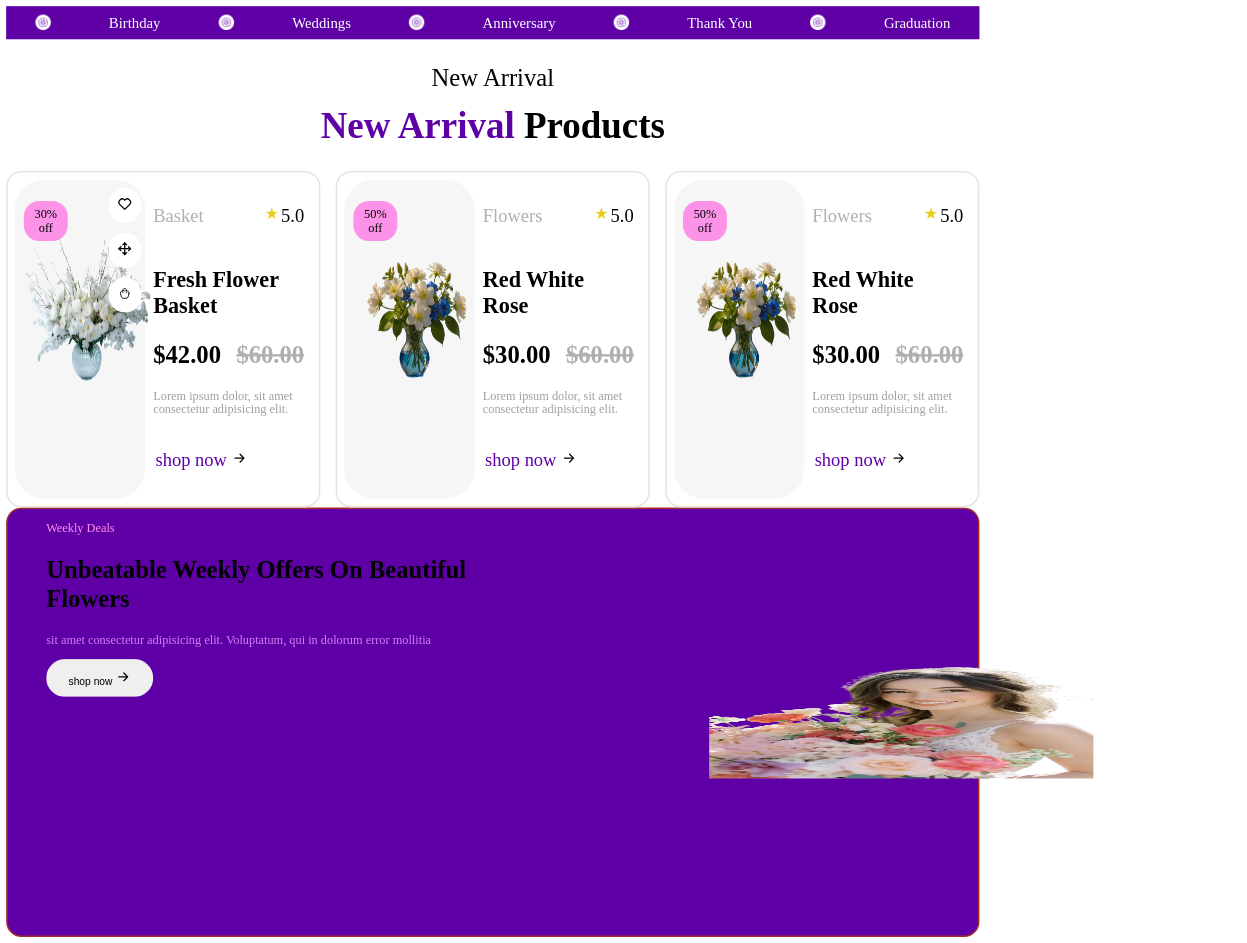
Repository: KolawoleTemilade/classroom-learning
Page: newarrival/index.html
An editor plug-in stored every save of this project. The page is shown before and after a run of saves, followed by the edit.
The browser window is 1280 px wide. The page is 1620 px wide, then 1496 px, so the pictures cover 1620 px, including what lies to the right of the window. The pictures show the whole page, at 77% of full size.

Above is the page before, as saved 2025-10-02 11:22:10.

### newarrival/index.html
<!DOCTYPE html>
<html lang="en">
  <head>
    <meta charset="UTF-8" />
    <meta name="viewport" content="width=h, initial-scale=1.0" />
    <title>new arrival</title>
    <link rel="stylesheet" href="style.css" />
  </head>
  <body>
    <section class="new-arrival-sect">
      <div class="marq-sect">
        <div class="marque">
          <img
            src="../newarrival/images/icons/marqueflower.png"
            alt="flower-icon"
            width="20"
            height="20"
          />
          <span>birthday</span>
          <img
            src="../newarrival/images/icons/marqueflower.png"
            alt="flower-icon"
            width="20"
            height="20"
          />
          <span>weddings</span>
          <img
            src="../newarrival/images/icons/marqueflower.png"
            alt="flower-icon"
            width="20"
            height="20"
          />
          <span>anniversary</span>
          <img
            src="../newarrival/images/icons/marqueflower.png"
            alt="flower-icon"
            width="20"
            height="20"
          />
          <span>thank you</span>
          <img
            src="../newarrival/images/icons/marqueflower.png"
            alt="flower-icon"
            width="20"
            height="20"
          />
          <span>graduation</span>
        </div>
      </div>

      <div class="new-arrival">
        <div class="new-arrival-title">
          <p class="title1">
            new arrival
            <span class="title2"
              >new arrival <span class="product-title">products</span></span
            >
          </p>
        </div>
        <section class="card-sec">
          <div class="new-arrival-product-card">
            <div class="product-card">
              <div class="img-sect">
                <img
                  src="./images/new-arrival/flower4.png"
                  alt="flower1"
                  width="200"
                  height="2 ,8>00"
                />
                <div class="absolute-container">
                  <p class="slash">30% off</p>
                  <div class="icons-sec">
                    <div class="icons">
                      <img
                        src="./images/icons/heart.svg"
                        alt="heart"
                        width="20"
                        height="20"
                      />
                    </div>
                    <div class="icons">
                      <img
                        src="./images/icons/crossedarrow.svg"
                        alt="arrow"
                        width="20"
                        height="20"
                      />
                    </div>
                    <div class="icons">
                      <img
                        src="./images/icons/shoppingbag.svg"
                        alt="shoppingbag"
                        width="20"
                        height="20"
                      />
                    </div>
                  </div>
                </div>
              </div>
              <div class="text-sect">
                <div class="basket-sec">
                  <p>basket</p>
                  <div class="rating-sec">
                    <img
                      src="./images/icons/ratings.svg"
                      alt="ratings"
                      width="20"
                      height="20"
                    />
                    <span>5.0</span>
                  </div>
                </div>
                <div class="fresh-flower-sec">
                  <h3>fresh flower basket</h3>
                  <h2>$42.00 <span class="slashed"> $60.00</span></h2>
                  <p>
                    Lorem ipsum dolor, sit amet consectetur adipisicing elit.
                  </p>
                  <div class="shop-btn">
                    <p>
                      shop now
                      <span
                        ><img
                          src="./images/icons/rightarrow.svg"
                          alt="right arrow"
                          width="20"
                          height="20"
                      /></span>
                    </p>
                  </div>
                </div>
              </div>
            </div>
          </div>
          <div class="new-arrival-product-card">
            <div class="product-card">
              <div class="img-sect">
                <img
                  src="./images/new-arrival/flower6.png"
                  alt="flower6"
                  width="200"
                  height="2 ,8>00"
                />
                <div class="absolute-container">
                  <p class="slash">50% off</p>
                  <div class="icons-sec2">
                    <div class="icons">
                      <img
                        src="./images/icons/heart.svg"
                        alt="heart"
                        width="20"
                        height="20"
                      />
                    </div>
                    <div class="icons">
                      <img
                        src="./images/icons/crossedarrow.svg"
                        alt="arrow"
                        width="20"
                        height="20"
                      />
                    </div>
                    <div class="icons">
                      <img
                        src="./images/icons/shoppingbag.svg"
                        alt="shoppingbag"
                        width="20"
                        height="20"
                      />
                    </div>
                  </div>
                </div>
              </div>
              <div class="text-sect">
                <div class="basket-sec">
                  <p>flowers</p>
                  <div class="rating-sec">
                    <img
                      src="./images/icons/ratings.svg"
                      alt="ratings"
                      width="20"
                      height="20"
                    />
                    <span>5.0</span>
                  </div>
                </div>
                <div class="fresh-flower-sec">
                  <h3>red white rose</h3>
                  <h2>$30.00 <span class="slashed"> $60.00</span></h2>
                  <p>
                    Lorem ipsum dolor, sit amet consectetur adipisicing elit.
                  </p>
                  <div class="shop-btn">
                    <p>
                      shop now
                      <span
                        ><img
                          src="./images/icons/rightarrow.svg"
                          alt="right arrow"
                          width="20"
                          height="20"
                      /></span>
                    </p>
                  </div>
                </div>
              </div>
            </div>
          </div>
          <div class="new-arrival-product-card">
            <div class="product-card">
              <div class="img-sect">
                <img
                  src="./images/new-arrival/flower6.png"
                  alt="flower6"
                  width="200"
                  height="2 ,8>00"
                />
                <div class="absolute-container">
                  <p class="slash">50% off</p>
                  <div class="icons-sec2">
                    <div class="icons">
                      <img
                        src="./images/icons/heart.svg"
                        alt="heart"
                        width="20"
                        height="20"
                      />
                    </div>
                    <div class="icons">
                      <img
                        src="./images/icons/crossedarrow.svg"
                        alt="arrow"
                        width="20"
                        height="20"
                      />
                    </div>
                    <div class="icons">
                      <img
                        src="./images/icons/shoppingbag.svg"
                        alt="shoppingbag"
                        width="20"
                        height="20"
                      />
                    </div>
                  </div>
                </div>
              </div>
              <div class="text-sect">
                <div class="basket-sec">
                  <p>flowers</p>
                  <div class="rating-sec">
                    <img
                      src="./images/icons/ratings.svg"
                      alt="ratings"
                      width="20"
                      height="20"
                    />
                    <span>5.0</span>
                  </div>
                </div>
                <div class="fresh-flower-sec">
                  <h3>red white rose</h3>
                  <h2>$30.00 <span class="slashed"> $60.00</span></h2>
                  <p>
                    Lorem ipsum dolor, sit amet consectetur adipisicing elit.
                  </p>
                  <div class="shop-btn">
                    <p>
                      shop now
                      <span
                        ><img
                          src="./images/icons/rightarrow.svg"
                          alt="right arrow"
                          width="20"
                          height="20"
                      /></span>
                    </p>
                  </div>
                </div>
              </div>
            </div>
          </div>
        </section>
      </div>
      <section class="weekly-deals">
        <div class="weekly-text-sec">
          <p class="week-text1">weekly deals</p>
          <h2>unbeatable weekly offers on <span class="beautiful-flowers">beautiful flowers</span></h2>
          <p class="week-text2">
            sit amet consectetur adipisicing elit. Voluptatum, qui in dolorum
            error mollitia
          </p>
          <button class="weekly-btn">
            shop now
            <span
              ><img
                src="./images/icons/rightarrow.svg"
                alt="right arrow"
                width="20"
                height="20"
            /></span>
          </button>
        </div>
        <div class="weekly-img-sec">
          <img src="./images/new-arrival/flowergirl.png" alt="flower girl" width="150" height="150" />
        </div>
      </section>
    </section>
  </body>
</html>

### newarrival/style.css

.new-arrival-sect >  {
  display: flex;
  flex-direction: column;
  align-items: center;
  background-color: #F6F6F6;
  width: 100%;
}
.marq-sect {
  background-color: #5e00a6;
  height: 6vh;
  width: 100%;
  align-content: center;
}
.marque {
  display: flex;
  align-content: center;
  justify-content: space-around;
}
.marque > span {
  text-transform: capitalize;
  color: white;
  font-size: 1.2rem;
}
.new-arrival{
  display: flex;
  flex-direction: column;
  align-items: center;
}
.title1 {
  font-size: 2rem;
  display: flex;
  flex-direction: column;
  align-items: center;
  justify-content: center;
  gap: 15px;
  text-transform: capitalize;
}
.title2 {
  font-size: 3rem;
  color: #5e00a6;
  font-weight: 700;
}
.product-title {
  color: black;
  font-size: 3rem;
  font-weight: 700;
}
.card-sec {
  display: flex;
  gap:20px;
  width: 100%;
}
.new-arrival-product-card {
  border: 2px solid rgb(230, 227, 227);
  padding: 9px;
  border-radius: 20px;
  background-color: #ffffff;
  width: 100%;
}
.product-card {
  display: flex;
  background-color: #ffffff;
  width: 100%;
}
.img-sect {
  position: relative;
  border: 3px solid transparent;
  border-radius: 40px;
  background-color: #f6f6f6;
  width: 100%;
  padding: 9px;
}
.img-sect > img {
  position: absolute;
  top: 15%;
  width: 100%;
  height: 30vh;
}
.absolute-container > p {
  padding: 8px;
  width: 25%;
  border-radius: 20px;
  text-align: center;
}
.slash {
  position: absolute;
  background: #fd93e8;
}

.icons-sec {
  position: absolute;
  top: 2%;
  right: 2%;
  display: flex;
  flex-direction: column;
  gap: 12px;
}
.icons {
  padding: 10px;
  width: 50%;
  border: 1px solid transparent;
  border-radius: 50%;
  background-color: white;
}
.text-sect {
  width: 100%;
  padding: 10px;
}
.basket-sec {
  display: flex;
  justify-content: space-between;
  align-items: center;
}
.basket-sec > p {
  text-transform: capitalize;
  color: #afafaf;
  font-size: 1.5rem;
}
.rating-sec {
  display: flex;
  gap: 2px;
  font-size: 1.5rem;
}
.fresh-flower-sec > h3 {
  font-size: 1.8rem;
  text-transform: capitalize;
  font-weight: 600;
}
.fresh-flower-sec > h2 {
  font-size: 2rem;
  display: flex;
  gap: 20px;
}
.slashed {
  color: #afafaf;
  text-decoration: line-through;
}
.fresh-flower-sec > p {
  font-size: 1.rem;
  color: #9f9f9f;
}
.shop-btn {
  color: #5e00a6;
  display: flex;
  align-items: center;
  padding: 3px;
  font-size: 1.5rem;
}
.icons-sec2 {
    display: none;
}

.weekly-deals {
  border: 2px solid brown;
  border-radius: 20px;
  background-color: #5e00a6;
  display: flex;
  justify-content: space-between;
  padding: 0 50px;

}
.week-text1{
  color: #fd93e8;
  font-size: 1rem;
  text-transform: capitalize;
}
.weekly-text-sec > h2{
font-size: 2rem;
text-transform: capitalize;
}
.weekly-text-sec > .beautiful-flowers {
  color:#fd93e8;
}
.week-text2 {
  color: #CF81F4;
}
.weekly-btn{
   padding: 12px 28px;
   color: #000;
   border: 1px solid transparent;
   border-radius: 30px;
}

.weekly-img-sec > img {
  width: 100%;
  padding: 200px;
}

After the next 3 saves:
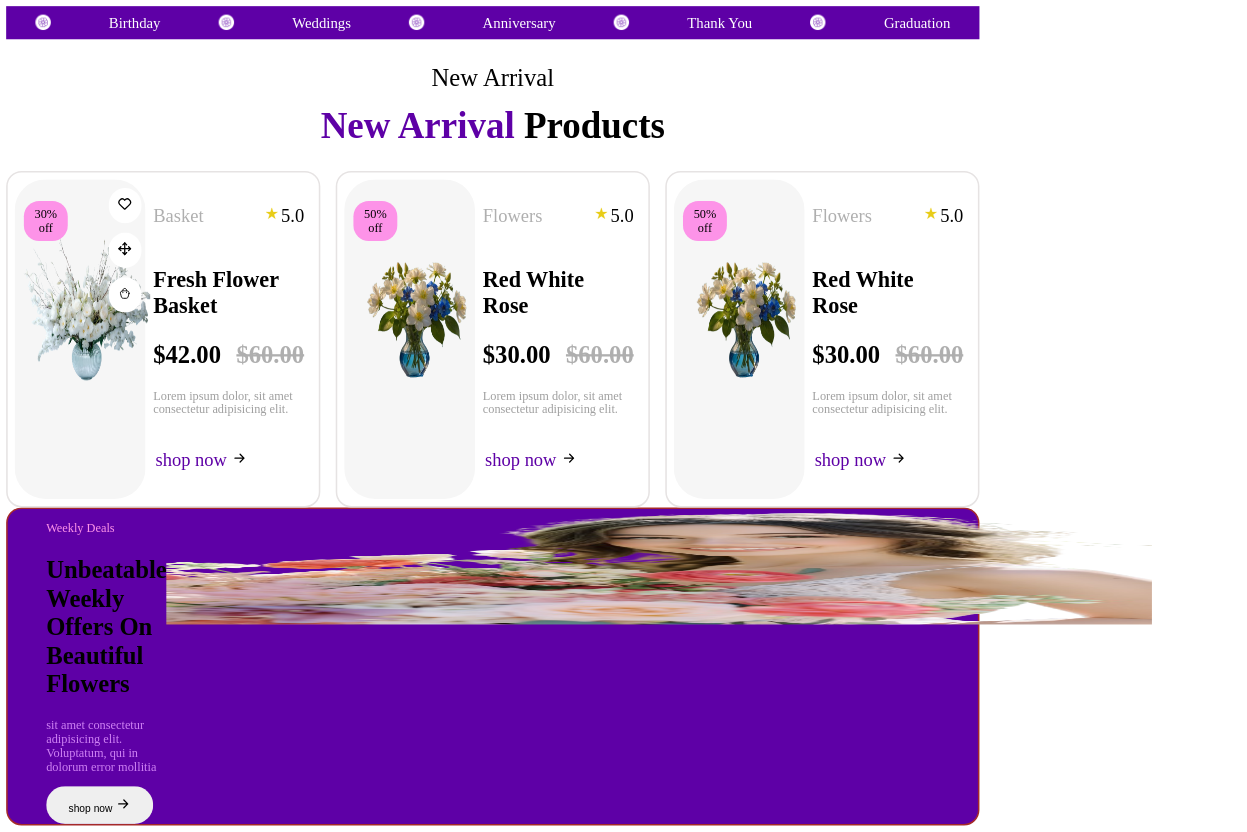
The 3 saves are shown as one change because they came seconds apart.
The last was saved 20 s later.
--- a/newarrival/style.css
+++ b/newarrival/style.css
@@ -183,6 +183,6 @@ text-transform: capitalize;
 }
 
 .weekly-img-sec > img {
-  width: 100%;
-  padding: 200px;
+  width: 100vw;
+
 }
